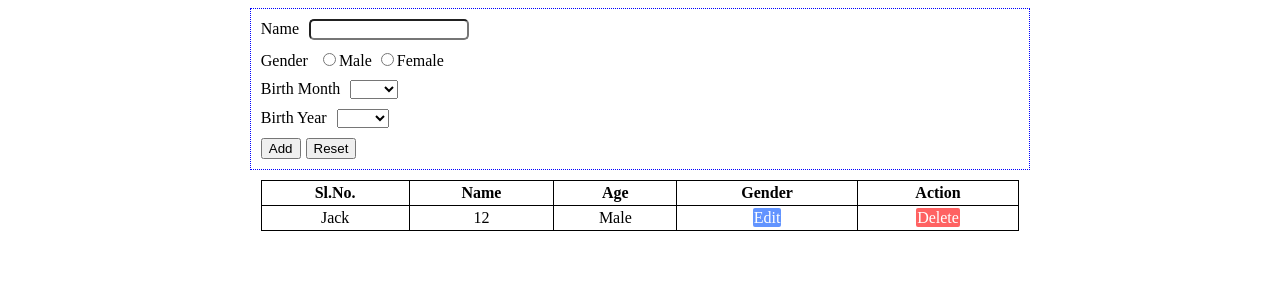
Repository: tysonpaul89/vue-student-crud
Page: /
An editor plug-in stored every save of this project. The page is shown before and after the next save, followed by the edit.
The browser window is 1280 px wide. The pictures show the whole page.
The project was rebuilt for these pictures with package versions that can differ from the ones it lists, and the page was loaded fresh each time.

Above is the page before, as saved 2020-04-11 14:39:30.

After the next save:
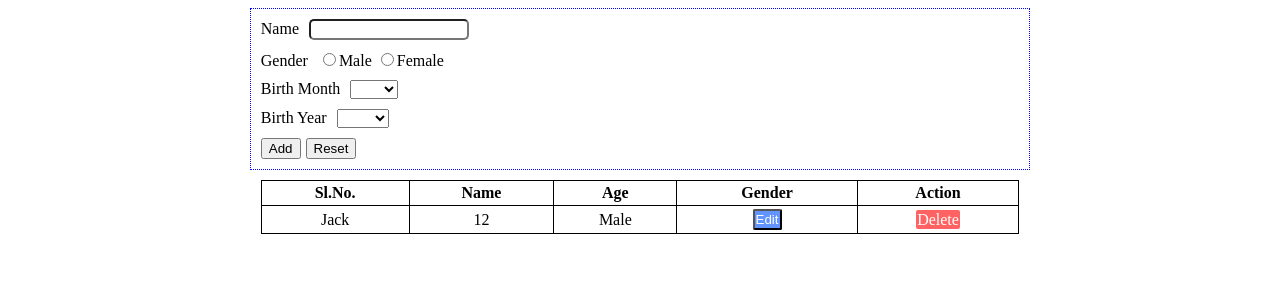
Saved 2 min 32 s later.
--- a/src/components/StudentListng.vue
+++ b/src/components/StudentListng.vue
@@ -14,7 +14,7 @@
         <td>{{ student.name }}</td>
         <td>{{ student.age }}</td>
         <td>{{ student.gender }}</td>
-        <td class="btn-td"><a id="btn-edit" href="#" @click="onStudentEdit(student.id)">Edit</a></td>
+        <td class="btn-td"><button id="btn-edit" href="#" @click="onStudentEdit(student.id)">Edit</a></button>
         <td class="btn-td"><a id="btn-delete" href="#" @click="onStudentDelete(student.id)">Delete</a></td>
       </tr>
     </tbody>

After the 5 saves that followed:
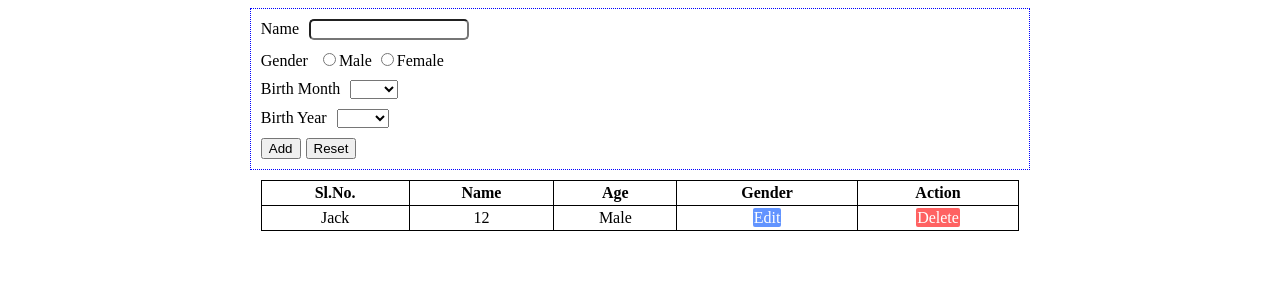
The 5 saves are shown as one change because 4 left the picture as it was.
The last was saved 3 min 8 s later.
--- a/src/components/StudentListng.vue
+++ b/src/components/StudentListng.vue
@@ -14,7 +14,7 @@
         <td>{{ student.name }}</td>
         <td>{{ student.age }}</td>
         <td>{{ student.gender }}</td>
-        <td class="btn-td"><button id="btn-edit" href="#" @click="onStudentEdit(student.id)">Edit</a></button>
+        <td class="btn-td"><a id="btn-edit" href="#" @click="onStudentEdit(student.id)">Edit</a></td>
         <td class="btn-td"><a id="btn-delete" href="#" @click="onStudentDelete(student.id)">Delete</a></td>
       </tr>
     </tbody>
